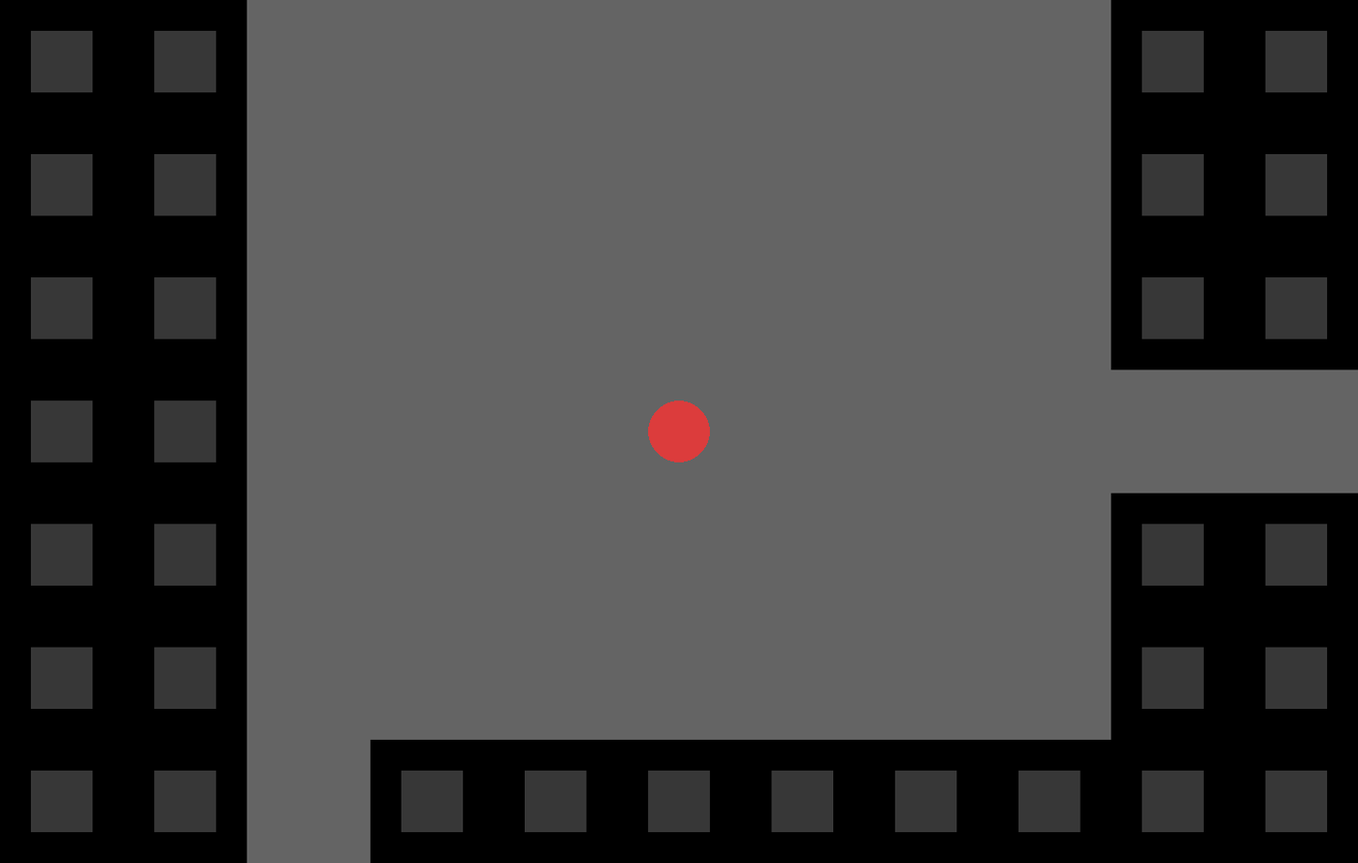
Repository: Nakib-Arman/Game-Jam-2026
Script's output: python main.py
The author's editor kept a copy of each file at every save. The script's output is drawn from the files as they stood at one save, then again after the next save.
The pictures are shown at 97% of full size.
Figures wider than 1,400 px are first shrunk to that width. The window is shown after at most 60 frames with no key pressed. Random numbers start from a fixed seed.

Above is the script's output before, as saved 2026-01-24 21:45:18.

### main.py
import pygame
from cave import generate_cave
from map import draw_map

# ======================
# CONFIGURATION
# ======================

WORLD_ROWS = 100
WORLD_COLS = 100

VIEW_ROWS = 7
VIEW_COLS = 11

BASE_CELL_SIZE = 128
WALL_SCALE = 0.5

MOVE_DELAY = 80
FPS = 60

BLACK = (0, 0, 0)
LIGHT_GRAY = (100, 100, 100)
DARK_GRAY = (55, 55, 55)
GREEN = (0, 200, 0)
RED = (220, 60, 60)

# ======================
# INITIALIZE
# ======================

pygame.init()
SCREEN_WIDTH = VIEW_COLS * BASE_CELL_SIZE
SCREEN_HEIGHT = VIEW_ROWS * BASE_CELL_SIZE

screen = pygame.display.set_mode((SCREEN_WIDTH, SCREEN_HEIGHT))
pygame.display.set_caption("Cave Explorer")
clock = pygame.time.Clock()

# ======================
# GAME STATE
# ======================

cave, (player_x, player_y) = generate_cave(WORLD_ROWS, WORLD_COLS)
player_radius = BASE_CELL_SIZE // 4
last_move_time = 0

# ======================
# HELPERS
# ======================

def can_move(x, y):
    return (
        0 <= x < WORLD_COLS and
        0 <= y < WORLD_ROWS and
        cave[y][x] != 1
    )

def get_camera_offset():
    cam_x = player_x - VIEW_COLS // 2
    cam_y = player_y - VIEW_ROWS // 2

    cam_x = max(0, min(cam_x, WORLD_COLS - VIEW_COLS))
    cam_y = max(0, min(cam_y, WORLD_ROWS - VIEW_ROWS))

    return cam_x, cam_y

# ======================
# RENDERING
# ======================

def draw_world():
    cam_x, cam_y = get_camera_offset()

    for row in range(VIEW_ROWS):
        for col in range(VIEW_COLS):
            world_x = cam_x + col
            world_y = cam_y + row

            screen_x = col * BASE_CELL_SIZE
            screen_y = row * BASE_CELL_SIZE

            if not (0 <= world_x < WORLD_COLS and 0 <= world_y < WORLD_ROWS):
                continue

            cell = cave[world_y][world_x]

            if cell == 1:
                size = int(BASE_CELL_SIZE * WALL_SCALE)
                offset = (BASE_CELL_SIZE - size) // 2
                rect = pygame.Rect(
                    screen_x + offset,
                    screen_y + offset,
                    size,
                    size
                )
                pygame.draw.rect(screen, DARK_GRAY, rect)

            else:
                rect = pygame.Rect(
                    screen_x,
                    screen_y,
                    BASE_CELL_SIZE,
                    BASE_CELL_SIZE
                )
                pygame.draw.rect(screen, LIGHT_GRAY, rect)

            if cell == 2:
                pygame.draw.circle(
                    screen,
                    GREEN,
                    (screen_x + BASE_CELL_SIZE // 2,
                     screen_y + BASE_CELL_SIZE // 2),
                    BASE_CELL_SIZE // 6
                )

    pygame.draw.circle(
        screen,
        RED,
        (SCREEN_WIDTH // 2, SCREEN_HEIGHT // 2),
        player_radius
    )

def draw_map_button():
    button_rect = pygame.Rect(
        SCREEN_WIDTH - 110,
        10,
        100,
        40
    )
    pygame.draw.rect(screen, (80, 80, 80), button_rect)
    pygame.draw.rect(screen, (200, 200, 200), button_rect, 2)

    font = pygame.font.SysFont(None, 24)
    text = font.render("MAP (M)", True, (255, 255, 255))
    text_rect = text.get_rect(center=button_rect.center)
    screen.blit(text, text_rect)

    return button_rect

# ======================
# MAIN LOOP
# ======================

running = True
show_map = False
while running:
    clock.tick(FPS)
    current_time = pygame.time.get_ticks()

    for event in pygame.event.get():
        if event.type == pygame.QUIT:
            running = False
        if event.type == pygame.KEYDOWN:
            if event.key == pygame.K_m:
                show_map = not show_map

        if event.type == pygame.MOUSEBUTTONDOWN:
            if event.button == 1:
                if map_button.collidepoint(event.pos):
                    show_map = not show_map


    if current_time - last_move_time >= MOVE_DELAY:
        keys = pygame.key.get_pressed()
        dx = dy = 0

        if keys[pygame.K_LEFT]:
            dx = -1
        elif keys[pygame.K_RIGHT]:
            dx = 1
        elif keys[pygame.K_UP]:
            dy = -1
        elif keys[pygame.K_DOWN]:
            dy = 1

        nx = player_x + dx
        ny = player_y + dy

        if can_move(nx, ny):
            player_x, player_y = nx, ny
            last_move_time = current_time

    screen.fill(BLACK)

    if show_map:
        draw_map(
            screen,
            cave,
            (player_x, player_y),
            (SCREEN_WIDTH, SCREEN_HEIGHT)
        )
    else:
        draw_world()

    map_button = draw_map_button
    pygame.display.flip()


pygame.quit()

### cave.py
import random
from collections import deque

WALL = 1
FLOOR = 0
EXIT = 2


def generate_cave(rows, cols,
                  room_attempts=40,
                  min_room_size=5,
                  max_room_size=10):

    cave = [[WALL for _ in range(cols)] for _ in range(rows)]
    rooms = []

    # ----------------------
    # Helpers
    # ----------------------
    def carve_room(x, y, w, h):
        for iy in range(y, y + h):
            for ix in range(x, x + w):
                cave[iy][ix] = FLOOR

    def intersects(r1, r2):
        x1, y1, w1, h1 = r1
        x2, y2, w2, h2 = r2
        return not (
            x1 + w1 < x2 or
            x2 + w2 < x1 or
            y1 + h1 < y2 or
            y2 + h2 < y1
        )

    def center(room):
        x, y, w, h = room
        return (x + w // 2, y + h // 2)

    # ----------------------
    # Generate rooms
    # ----------------------
    for _ in range(room_attempts):
        w = random.randint(min_room_size, max_room_size)
        h = random.randint(min_room_size, max_room_size)
        x = random.randint(1, cols - w - 2)
        y = random.randint(1, rows - h - 2)

        new_room = (x, y, w, h)

        if any(intersects(new_room, r) for r in rooms):
            continue

        carve_room(x, y, w, h)
        rooms.append(new_room)

    if not rooms:
        return cave, (1, 1)

    # ----------------------
    # Connect rooms
    # ----------------------
    for i in range(1, len(rooms)):
        x1, y1 = center(rooms[i - 1])
        x2, y2 = center(rooms[i])

        if random.choice([True, False]):
            for x in range(min(x1, x2), max(x1, x2) + 1):
                cave[y1][x] = FLOOR
            for y in range(min(y1, y2), max(y1, y2) + 1):
                cave[y][x2] = FLOOR
        else:
            for y in range(min(y1, y2), max(y1, y2) + 1):
                cave[y][x1] = FLOOR
            for x in range(min(x1, x2), max(x1, x2) + 1):
                cave[y2][x] = FLOOR

    # ----------------------
    # Spawn & exit
    # ----------------------
    spawn_x, spawn_y = center(rooms[0])
    exit_x, exit_y = find_farthest_cell(cave, spawn_x, spawn_y)
    cave[exit_y][exit_x] = EXIT

    return cave, (spawn_x, spawn_y)


def find_farthest_cell(cave, start_x, start_y):
    rows, cols = len(cave), len(cave[0])
    dist = [[-1] * cols for _ in range(rows)]
    queue = deque([(start_x, start_y)])
    dist[start_y][start_x] = 0

    farthest = (start_x, start_y)

    while queue:
        x, y = queue.popleft()
        for dx, dy in [(0, -1), (1, 0), (0, 1), (-1, 0)]:
            nx, ny = x + dx, y + dy
            if 0 <= nx < cols and 0 <= ny < rows:
                if cave[ny][nx] != WALL and dist[ny][nx] == -1:
                    dist[ny][nx] = dist[y][x] + 1
                    queue.append((nx, ny))
                    farthest = (nx, ny)

    return farthest

### map.py
import pygame

WALL = 1
FLOOR = 0
EXIT = 2

def draw_map(screen, cave, player_pos, screen_size):
    rows = len(cave)
    cols = len(cave[0])

    map_margin = 40
    map_width = screen_size[0] - map_margin * 2
    map_height = screen_size[1] - map_margin * 2

    cell_w = map_width // cols
    cell_h = map_height // rows
    cell_size = min(cell_w, cell_h)

    offset_x = (screen_size[0] - (cols * cell_size)) // 2
    offset_y = (screen_size[1] - (rows * cell_size)) // 2

    for y in range(rows):
        for x in range(cols):
            cell = cave[y][x]

            color = (30, 30, 30)          # wall
            if cell == FLOOR:
                color = (120, 120, 120)
            elif cell == EXIT:
                color = (0, 200, 0)

            rect = pygame.Rect(
                offset_x + x * cell_size,
                offset_y + y * cell_size,
                cell_size,
                cell_size
            )
            pygame.draw.rect(screen, color, rect)

    # Draw player
    px, py = player_pos
    player_rect = pygame.Rect(
        offset_x + px * cell_size,
        offset_y + py * cell_size,
        cell_size,
        cell_size
    )
    pygame.draw.rect(screen, (220, 60, 60), player_rect)

    # Border
    pygame.draw.rect(
        screen,
        (200, 200, 200),
        (
            offset_x,
            offset_y,
            cols * cell_size,
            rows * cell_size
        ),
        2
    )

After the next save:
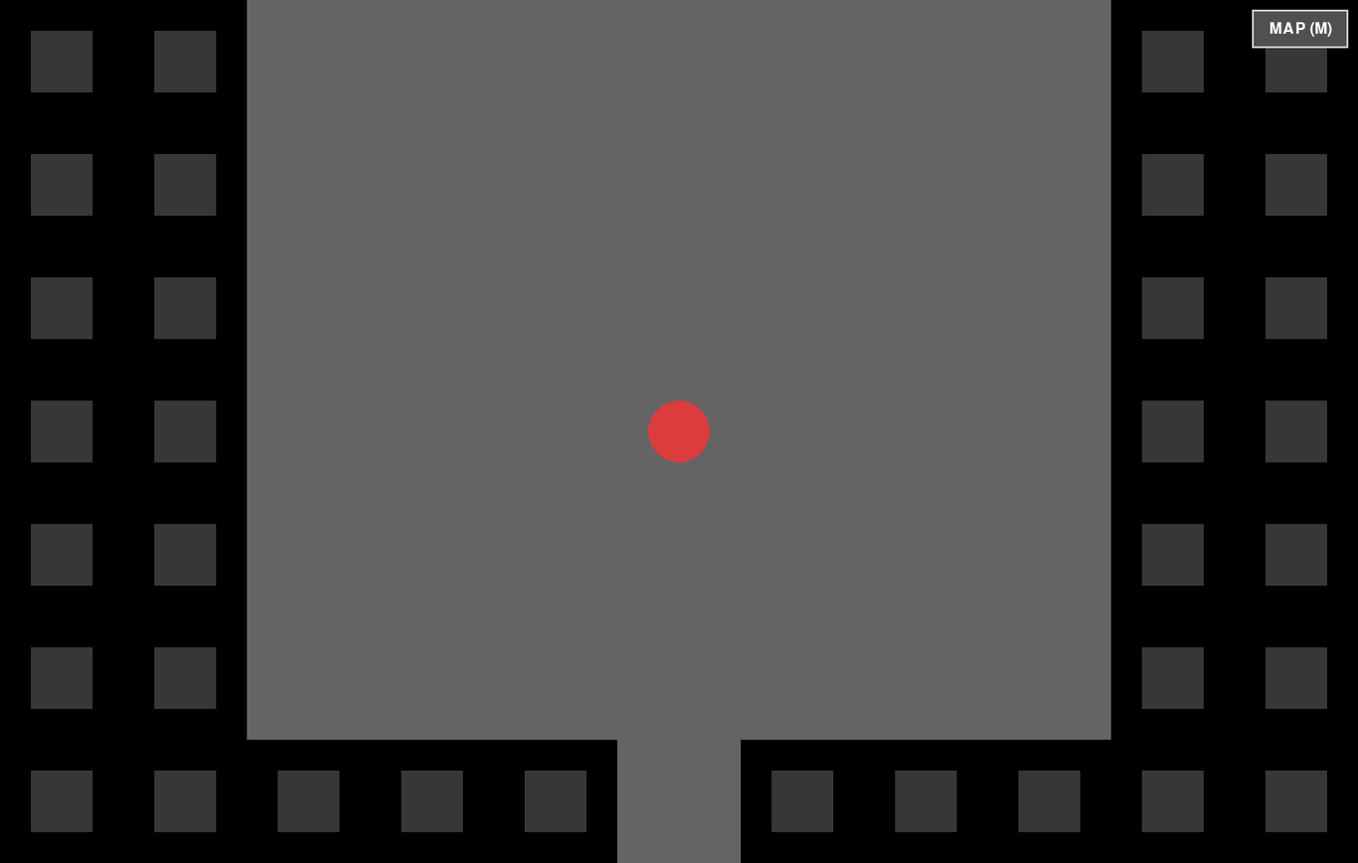
Saved 68 s later.
--- a/main.py
+++ b/main.py
@@ -6,8 +6,8 @@
 # CONFIGURATION
 # ======================
 
-WORLD_ROWS = 100
-WORLD_COLS = 100
+WORLD_ROWS = 41
+WORLD_COLS = 41
 
 VIEW_ROWS = 7
 VIEW_COLS = 11
@@ -35,6 +35,7 @@
 screen = pygame.display.set_mode((SCREEN_WIDTH, SCREEN_HEIGHT))
 pygame.display.set_caption("Cave Explorer")
 clock = pygame.time.Clock()
+font = pygame.font.SysFont(None, 24)
 
 # ======================
 # GAME STATE
@@ -43,6 +44,7 @@
 cave, (player_x, player_y) = generate_cave(WORLD_ROWS, WORLD_COLS)
 player_radius = BASE_CELL_SIZE // 4
 last_move_time = 0
+show_map = False
 
 # ======================
 # HELPERS
@@ -63,6 +65,22 @@
     cam_y = max(0, min(cam_y, WORLD_ROWS - VIEW_ROWS))
 
     return cam_x, cam_y
+
+def draw_map_button():
+    button_rect = pygame.Rect(
+        SCREEN_WIDTH - 110,
+        10,
+        100,
+        40
+    )
+    pygame.draw.rect(screen, (80, 80, 80), button_rect)
+    pygame.draw.rect(screen, (200, 200, 200), button_rect, 2)
+
+    text = font.render("MAP (M)", True, (255, 255, 255))
+    text_rect = text.get_rect(center=button_rect.center)
+    screen.blit(text, text_rect)
+
+    return button_rect
 
 # ======================
 # RENDERING
@@ -113,6 +131,7 @@
                     BASE_CELL_SIZE // 6
                 )
 
+    # Player (centered)
     pygame.draw.circle(
         screen,
         RED,
@@ -120,29 +139,11 @@
         player_radius
     )
 
-def draw_map_button():
-    button_rect = pygame.Rect(
-        SCREEN_WIDTH - 110,
-        10,
-        100,
-        40
-    )
-    pygame.draw.rect(screen, (80, 80, 80), button_rect)
-    pygame.draw.rect(screen, (200, 200, 200), button_rect, 2)
-
-    font = pygame.font.SysFont(None, 24)
-    text = font.render("MAP (M)", True, (255, 255, 255))
-    text_rect = text.get_rect(center=button_rect.center)
-    screen.blit(text, text_rect)
-
-    return button_rect
-
 # ======================
 # MAIN LOOP
 # ======================
 
 running = True
-show_map = False
 while running:
     clock.tick(FPS)
     current_time = pygame.time.get_ticks()
@@ -150,6 +151,7 @@
     for event in pygame.event.get():
         if event.type == pygame.QUIT:
             running = False
+
         if event.type == pygame.KEYDOWN:
             if event.key == pygame.K_m:
                 show_map = not show_map
@@ -159,8 +161,10 @@
                 if map_button.collidepoint(event.pos):
                     show_map = not show_map
 
-
-    if current_time - last_move_time >= MOVE_DELAY:
+    # ------------------
+    # MOVEMENT
+    # ------------------
+    if not show_map and current_time - last_move_time >= MOVE_DELAY:
         keys = pygame.key.get_pressed()
         dx = dy = 0
 
@@ -180,6 +184,9 @@
             player_x, player_y = nx, ny
             last_move_time = current_time
 
+    # ------------------
+    # DRAW
+    # ------------------
     screen.fill(BLACK)
 
     if show_map:
@@ -192,8 +199,7 @@
     else:
         draw_world()
 
-    map_button = draw_map_button
+    map_button = draw_map_button()
     pygame.display.flip()
 
-
 pygame.quit()
